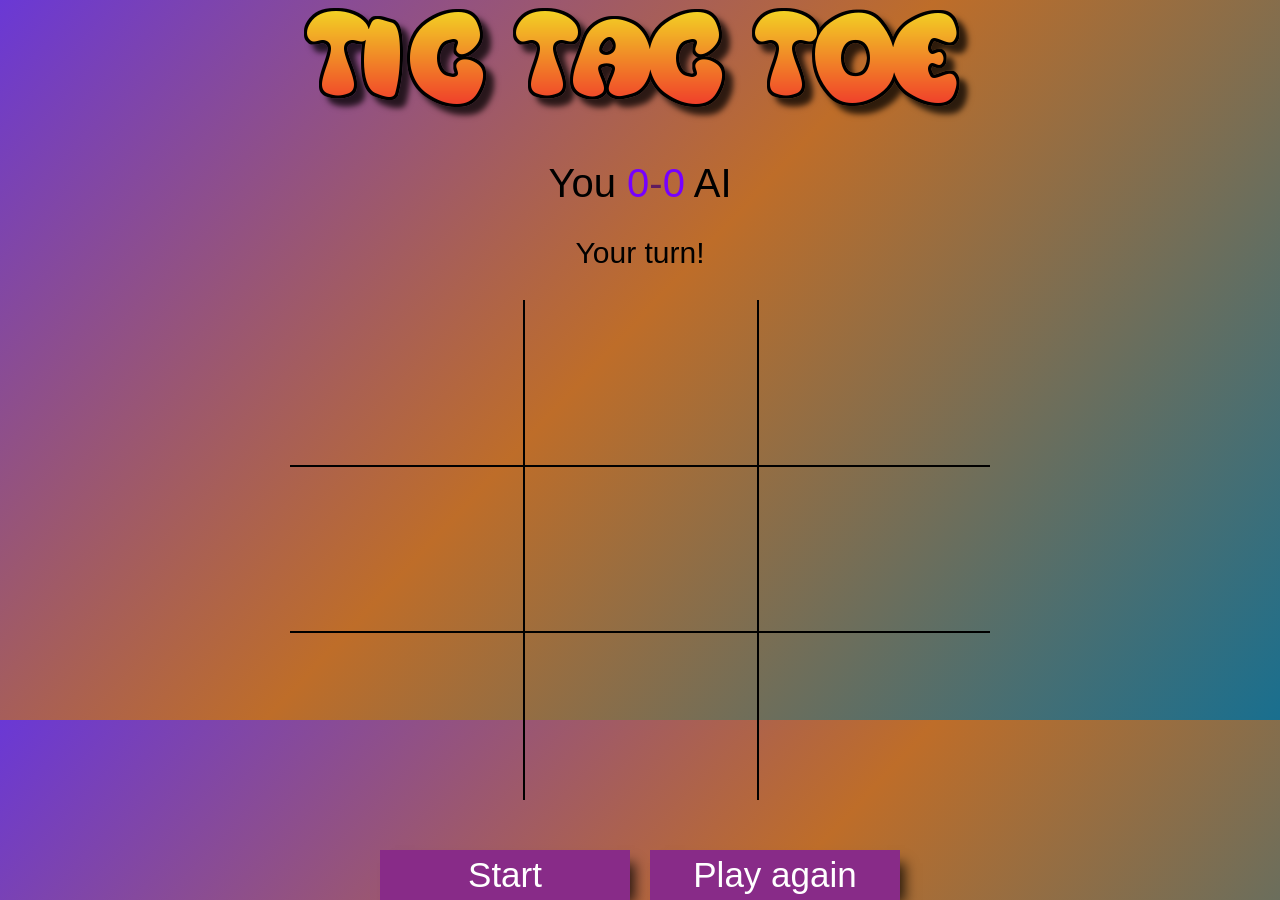
Repository: malx9/Project--5---Tic-Tac-Toe-with-AI
Page: index.html
The author's editor kept a copy of each file at every save. The page is drawn from the files as they stood at one save, then again after the next save.
The browser window is 1280 px wide. The pictures show the whole page.
After loading, the first visible `#start_button` was clicked once.
Some web fonts or font styles are not loaded; a fallback is used.

Above is the page before, as saved 2023-12-25 22:01:48.

### index.html
<!DOCTYPE html>
<html lang="en">
  <head>
    <meta charset="UTF-8" />
    <meta name="viewport" content="width=device-width, initial-scale=1.0" />
    <link rel="stylesheet" href="styles.css" />
    <title>Tic Tac Toe</title>
  </head>
  <body>
    <header>
      <img class="logo" src="images/logo.png" />
    </header>
    <main>
      <div class="scoreboard">
        <div class="scoreboard__human">
          <span class="scoreboard__players">You</span>
          <span class="scoreboard__score" id="player_score">0</span>
        </div>
        <span class="scoreboard__separator">-</span>
        <div class="scoreboard__ai">
          <span class="scoreboard__score" id="ai_score">0</span>
          <span class="scoreboard__players">AI</span>
        </div>
      </div>
      <div class="current--player">
        <p class="current--player__information" id="player_indicator">
          Your turn!
        </p>
      </div>
      <div class="game--board">
        <div class="square square-1">
          <img class="x--shape" src="images/x.png" />
          <img class="o--shape" src="images/o.png" />
        </div>
        <div class="square square-2"></div>
        <div class="square square-3"></div>
        <div class="square square-4"></div>
        <div class="square square-5"></div>
        <div class="square square-6"></div>
        <div class="square square-7"></div>
        <div class="square square-8"></div>
        <div class="square square-9"></div>
      </div>
      <div class="game--options">
        <button
          class="game--options__button game--options__start"
          id="start_button"
        >
          Start
        </button>
        <button
          class="game--options__button game--options__play"
          id="play-again_button"
        >
          Play again
        </button>
      </div>
    </main>
    <script src="script.js"></script>
  </body>
</html>

### styles.css
@import url("https://fonts.googleapis.com/css2?family=Concert+One&display=swap");

html {
  height: 100%;
  margin: 0;
  font-family: "Concert One", sans-serif;
}

body {
  margin: 0;
  background: rgb(106, 56, 213);
  background: linear-gradient(
    133deg,
    rgba(106, 56, 213, 1) 0%,
    rgba(190, 109, 41, 1) 48%,
    rgba(25, 111, 143, 1) 100%
  );
}

.logo {
  display: block;
  margin-left: auto;
  margin-right: auto;
  margin-bottom: 30px;
}

.scoreboard {
  display: flex;
  justify-content: center;
  /* gap: 5px; */
  font-size: 40px;
}

.scoreboard__score {
  color: rgb(119, 0, 255);
}

.scoreboard__separator {
  color: rgb(95, 27, 95);
}

.current--player {
  display: flex;
  justify-content: center;
  align-items: center;
  font-size: 30px;
}

.current--player__information {
  opacity: 0;
}

.game--board {
  display: grid;
  grid-template-columns: repeat(3, 1fr);
  grid-template-rows: repeat(3, 1fr);
  width: 700px;
  height: 500px;
  margin: auto;
}

.square {
  display: flex;
  background-color: transparent;
  border: 2px solid #000000;
  border-top: 0;
  border-right: 0;
  align-items: center;
  justify-content: center;
  cursor: pointer;
}

.square-7,
.square-8,
.square-9 {
  border-bottom: 0;
}

.square-1,
.square-4,
.square-7 {
  border-left: 0;
}

.x--shape {
  display: none;
  width: 130px;
}

.o--shape {
  display: none;
  width: 130px;
}

.game--options {
  display: flex;
  justify-content: center;
  align-items: center;
  gap: 20px;
  margin-top: 50px;
}

.game--options__button {
  width: 250px;
  height: 50px;
  background-color: rgb(136, 43, 136);
  border-style: solid;
  border: 0;
  font-size: 35px;
  color: rgb(255, 255, 255);
  font-family: "Concert One", sans-serif;
  box-shadow: 10px 8px 12px -5px rgba(0, 0, 0, 0.75);
  cursor: pointer;
}

### script.js
"use strict";

const humanScore = document.getElementById("player_score");
const aiScore = document.getElementById("ai_score");

const playerIndicator = document.getElementById("player_indicator");

const square = document.querySelectorAll(".square");

const startBtn = document.getElementById("start_button");
const playAgainBtn = document.getElementById("play-again_button");

let gameStarted = false;

const startGame = () => {
  playerIndicator.style.opacity = 1;

  const highlightOnHover = (e) => {
    if (e.type === "mouseover") {
      // e.target.style.opacity = 0.1;
      e.target.style.background = "rgb(0, 128, 0, 0.3)";
    } else {
      e.target.style.opacity = 1;
      e.target.style.background = "";
    }
  };

  square.forEach((square) => {
    square.addEventListener("mouseover", highlightOnHover);
  });
  square.forEach((square) => {
    square.addEventListener("mouseout", highlightOnHover);
  });
};

startBtn.addEventListener("click", startGame);

After the next save:
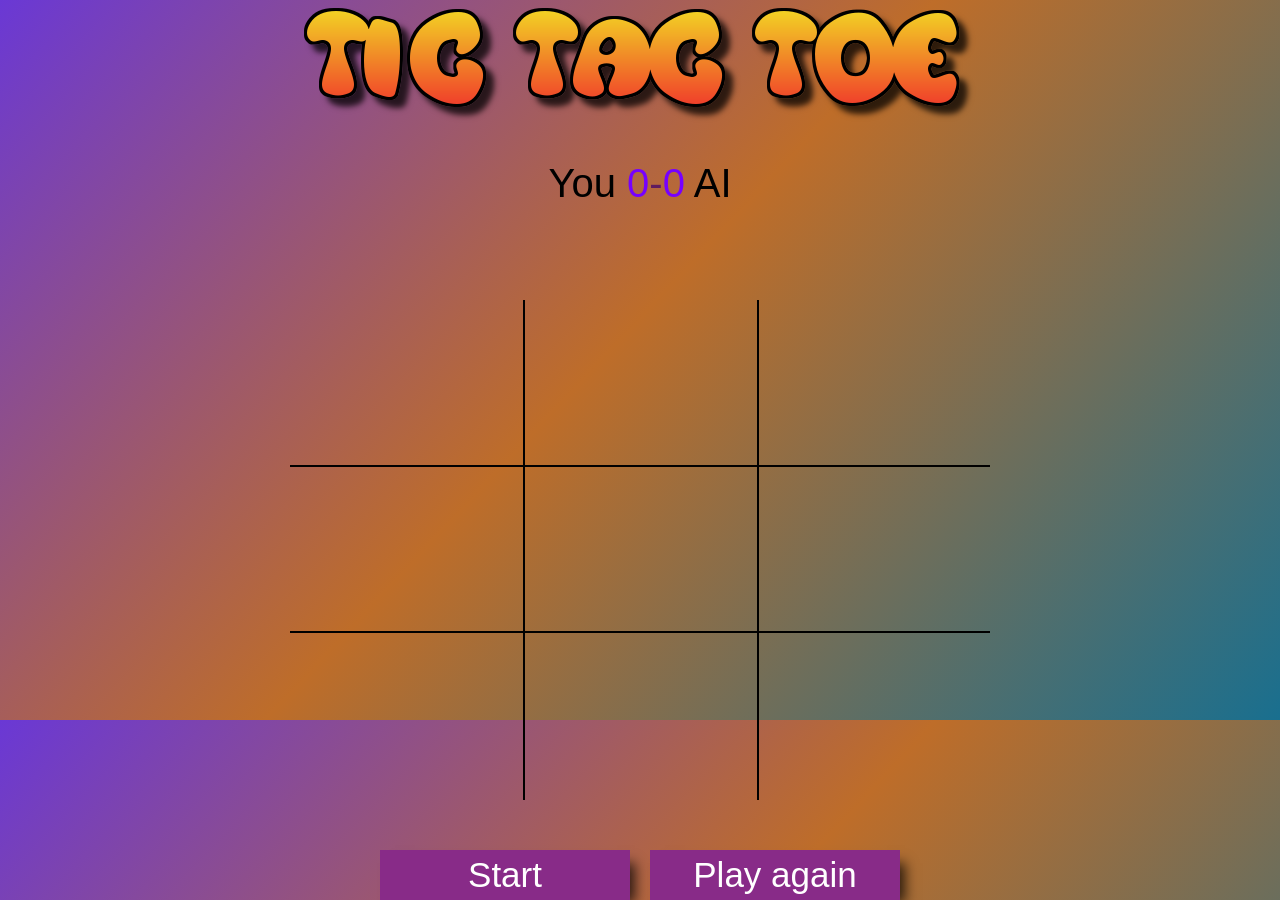
Console error: ReferenceError: gameStarter is not defined
Saved 5 min 34 s later.
--- a/script.js
+++ b/script.js
@@ -13,6 +13,8 @@
 let gameStarted = false;
 
 const startGame = () => {
+  gameStarter = true;
+
   playerIndicator.style.opacity = 1;
 
   const highlightOnHover = (e) => {

After the save that followed:
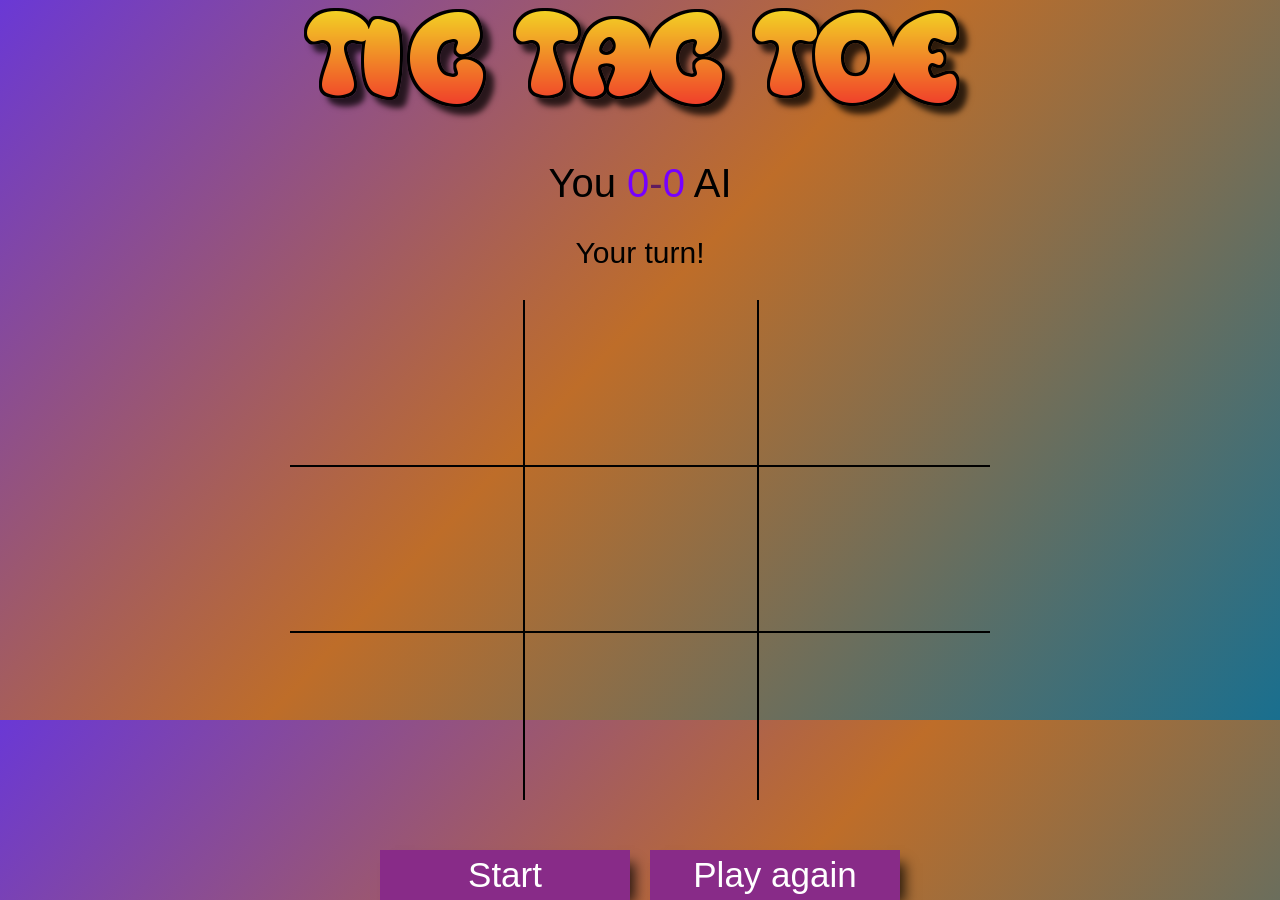
The error is gone.
Saved 16 s later.
--- a/script.js
+++ b/script.js
@@ -13,7 +13,8 @@
 let gameStarted = false;
 
 const startGame = () => {
-  gameStarter = true;
+  gameStarted = true;
+  console.log(gameStarted);
 
   playerIndicator.style.opacity = 1;
 
